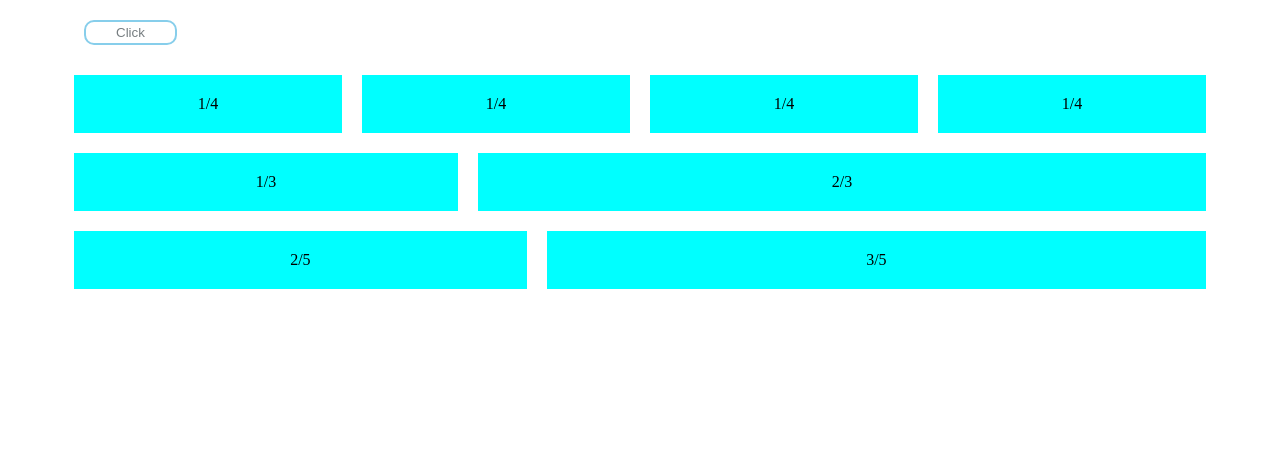
Repository: Fredy452/202306_css
Page: Opcional/Css_Library/index.html
An editor plug-in stored every save of this project. The page is shown before and after the next save, followed by the edit.
The browser window is 1280 px wide. The pictures show the whole page.

Above is the page before, as saved 2023-06-23 13:06:31.

### Opcional/Css_Library/index.html
<!DOCTYPE html>
<html lang="en">
<head>
    <meta charset="UTF-8">
    <meta name="viewport" content="width=device-width, initial-scale=1.0">
    <title>Library Css</title>
    <link rel="stylesheet" href="css/dojo.css">
</head>
<body>
    <div class="container">
        <button class="btn">Click</button>

        <div class="row">
            <div class="col">1/4</div>
            <div class="col">1/4</div>
            <div class="col">1/4</div>
            <div class="col">1/4</div>
        </div>
        <div class="row">
            <div class="col">1/3</div>
            <div class="col-2">2/3</div>
        </div>
        <div class="row">
            <div class="col-2">2/5</div>
            <div class="col-3">3/5</div>
        </div>
    </div>
</body>
</html>

### Opcional/Css_Library/css/dojo.css
/* CSS reset */
* {
    margin: 0;
    padding: 0;
    box-sizing: border-box;
}

/* Clase fixed-width container que se "autocentrará" a sí misma */
.container {
    width: 90%;
    margin: 0 auto;
}

.btn{
    background-color:white;
    padding: 3px 30px;
    border-radius: 10px;
    border-color: aqua;
    border:none;
    border: 2px solid skyblue;
    color: rgb(118, 125, 128);
    margin: 20px;
}
.btn:hover{
    border: none;
    background-color: skyblue;
}

.row{
    display: flex;

}
.col{
    background-color: aqua;
    padding: 20px;
    margin: 10px;
    flex: 1;
    text-align: center;
}
.col-2{
    background-color: aqua;
    padding: 20px;
    margin: 10px;
    flex: 2;
    text-align: center;
}
.col-3{
    background-color: aqua;
    padding: 20px;
    margin: 10px;
    flex: 3;
    text-align: center;
}

After the next save:
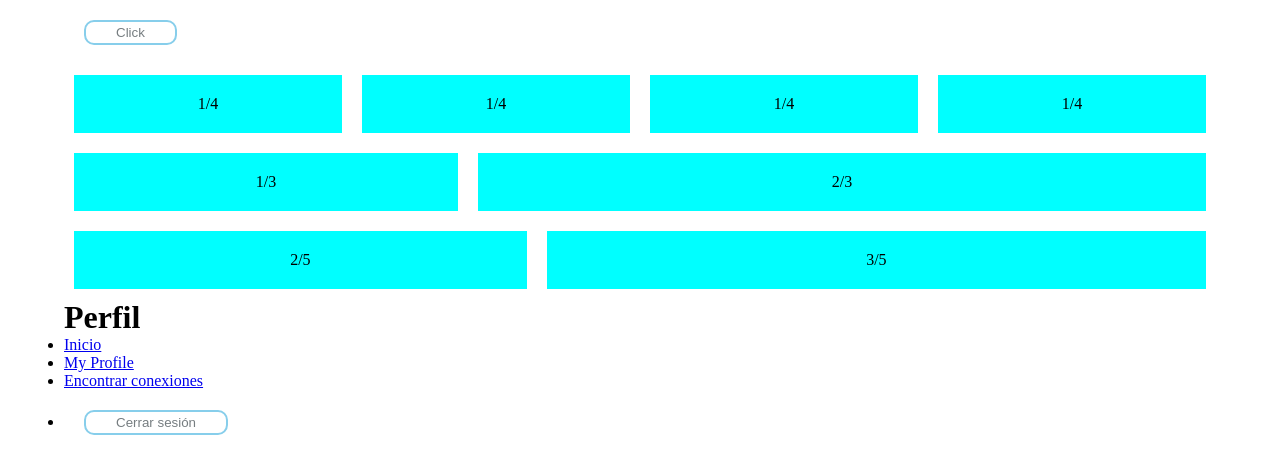
Saved 3 min 33 s later.
--- a/Opcional/Css_Library/index.html
+++ b/Opcional/Css_Library/index.html
@@ -24,6 +24,16 @@
             <div class="col-2">2/5</div>
             <div class="col-3">3/5</div>
         </div>
+
+        <div class="nav">
+            <h1 class="nav-title">Perfil</h1>
+            <ul class="nav-links">
+                <li><a href="#">Inicio</a></li>
+                <li><a href="#" class="active">My Profile</a></li>
+                <li><a href="#">Encontrar conexiones</a></li>
+                <li><button class="btn">Cerrar sesión</button></li>
+            </ul>
+        </div>
     </div>
 </body>
 </html>
